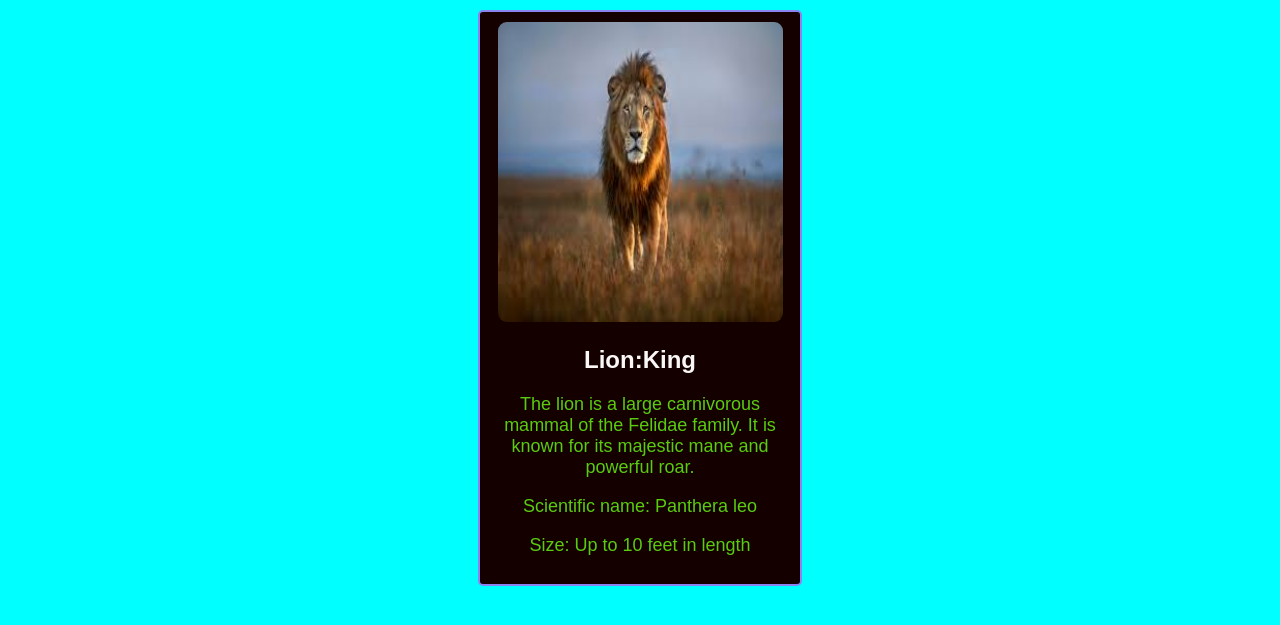
Repository: KingBoyMaylow/Animal-trading-card
Page: index.html
An editor plug-in stored every save of this project. The page is shown before and after a run of saves, followed by the edit.
The browser window is 1280 px wide. The pictures show the whole page.

Above is the page before, as saved 2024-05-13 22:15:59.

After the next 3 saves:
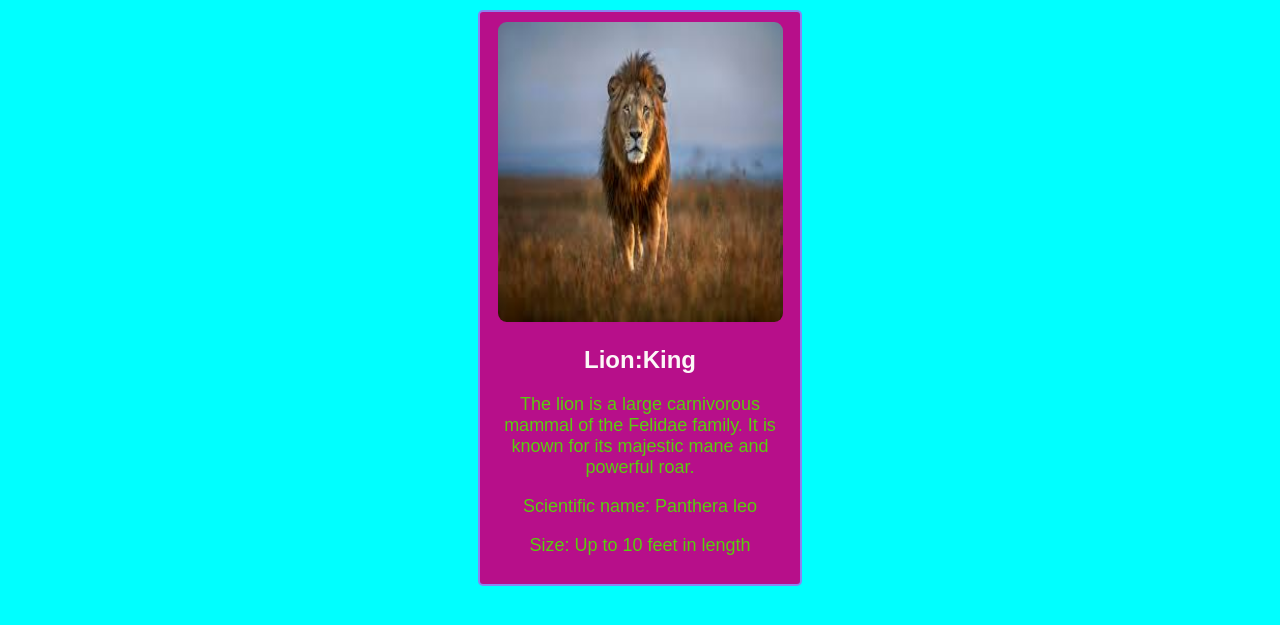
The 3 saves are shown as one change because they came seconds apart.
The last was saved 32 s later.
--- a/index.html
+++ b/index.html
@@ -18,7 +18,7 @@
         border-radius: 5px;
         margin: 10px auto;
         padding: 10px;
-        background-color: #150000;
+        background-color: #b70f8a;
     }
     .card img {
         width: 95%;
